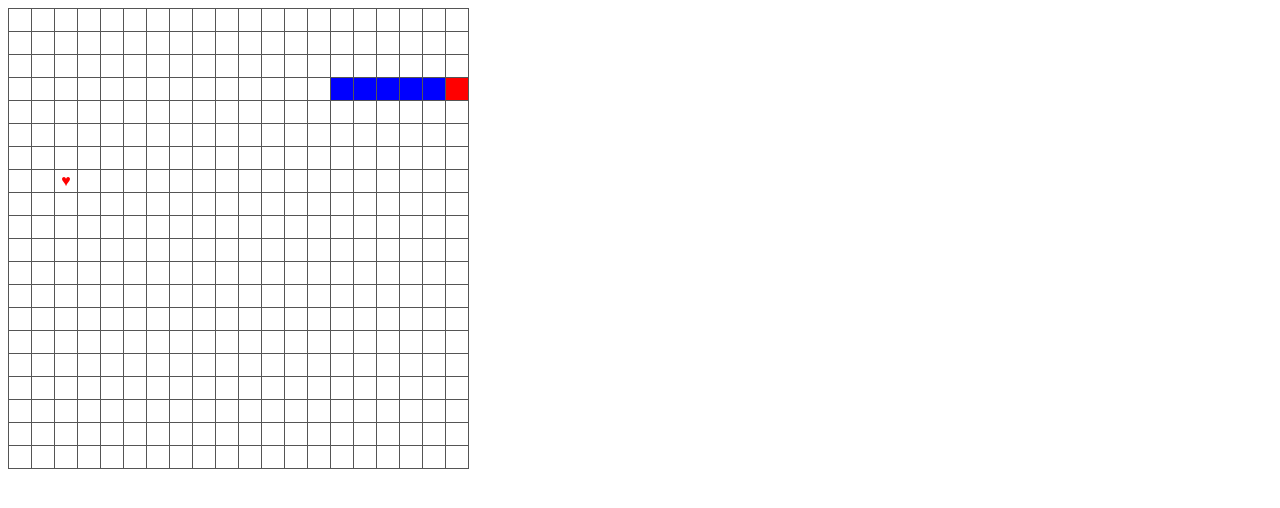
Repository: ycsheng/Games
Page: 01_snake/index.html
These files come from the project's save history. The page is drawn as it stood at one moment and after the next save; the edit follows.
The browser window is 1280 px wide. The pictures show the whole page.

Above is the page before, as saved 2021-09-18 17:05:57.

After the next save:
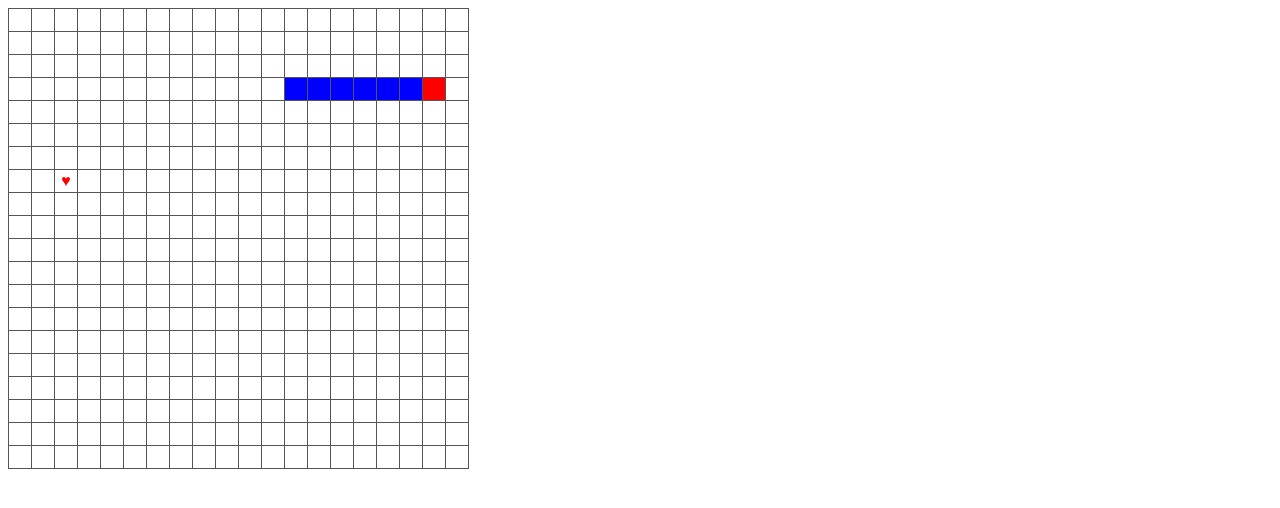
Saved 3 min 15 s later.
--- a/01_snake/js/Game.js
+++ b/01_snake/js/Game.js
@@ -113,5 +113,5 @@ Game.prototype.start = function() {
     game.snake.render();
     // 渲染食物
     game.food.render();
-  }, 1)
+  }, 20)
 }
